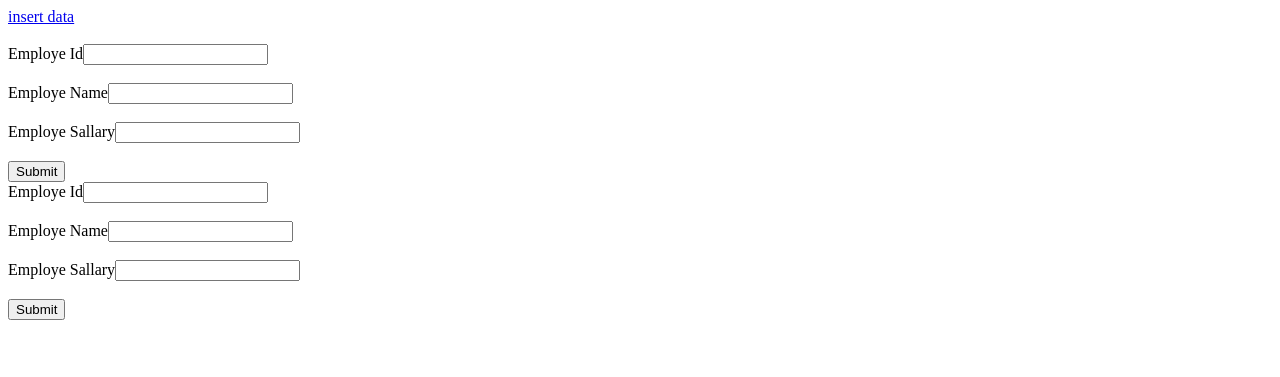
Repository: nitesh0402/spring-mvc-project
Page: http://localhost/SpringCrud/
The author's editor kept a copy of each file at every save. The page is drawn from the files as they stood at one save, then again after the next save.
The browser window is 1280 px wide. The pictures show the whole page.
The page is served by Tomcat 9.

Above is the page before, as saved 2022-06-18 15:48:48.

After the next save:
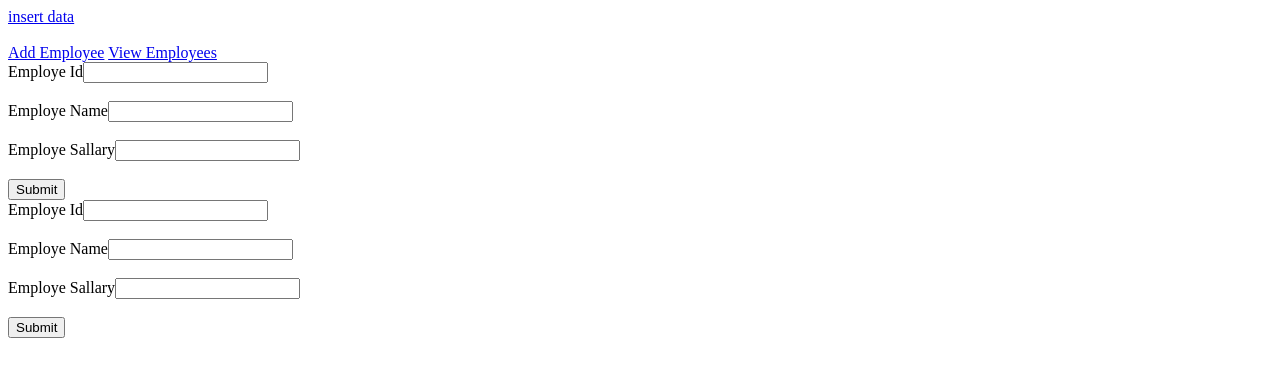
Saved 49 s later.
--- a/new-nitesh-workspace/SpringCrud/src/main/webapp/index.jsp
+++ b/new-nitesh-workspace/SpringCrud/src/main/webapp/index.jsp
@@ -8,7 +8,8 @@
 </head>
 <body>
 	 <a href="Select">insert data</a><br><br>
-
+<a href="empform">Add Employee</a>
+<a href="viewemp">View Employees</a>
 
 	<!--   <form action="DeleteempRecord">deleteData
 Employe Id<input type="number" name="empId" id="empId"><br><br>
